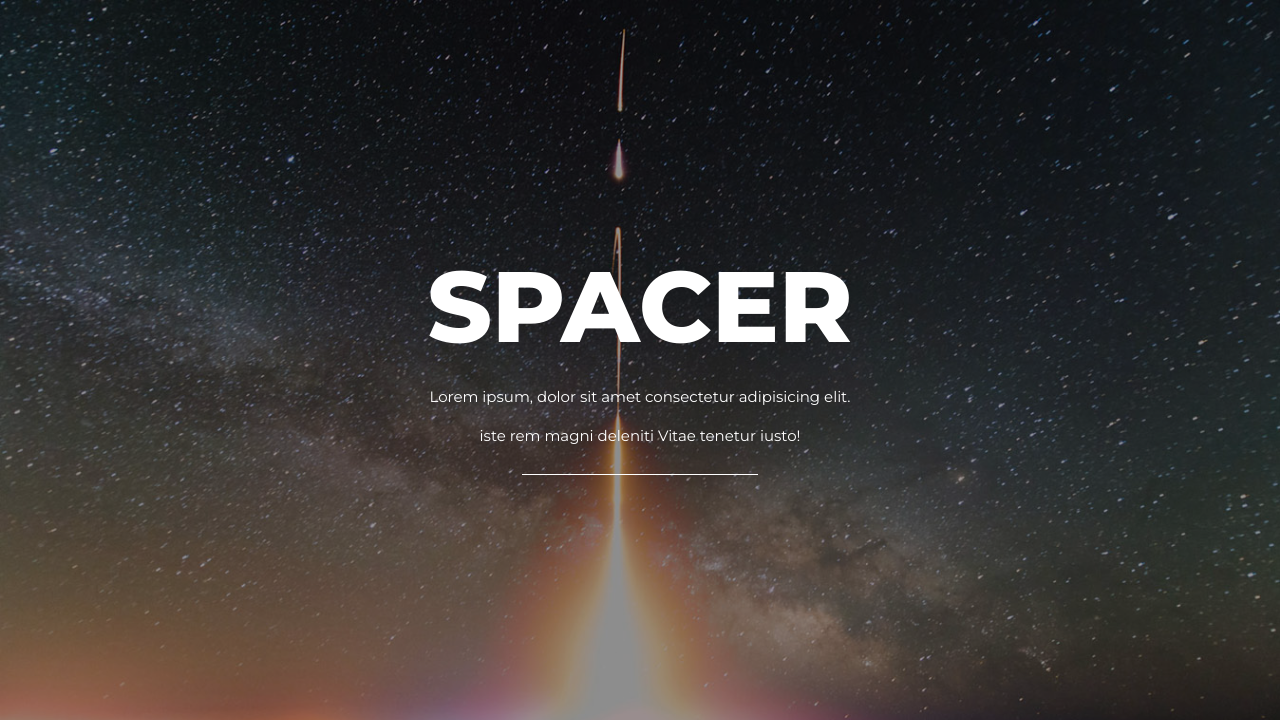
Repository: bwieckowski/spacer-vue-tutorial
Page: /
An editor plug-in stored every save of this project. The page is shown before and after a run of saves, followed by the edit.
The browser window is 1280 px wide. The pictures show the whole page.
The project was rebuilt for these pictures with package versions that can differ from the ones it lists, and the page was loaded fresh each time.

Above is the page before, as saved 2019-01-03 02:16:06.

After the next 2 saves:
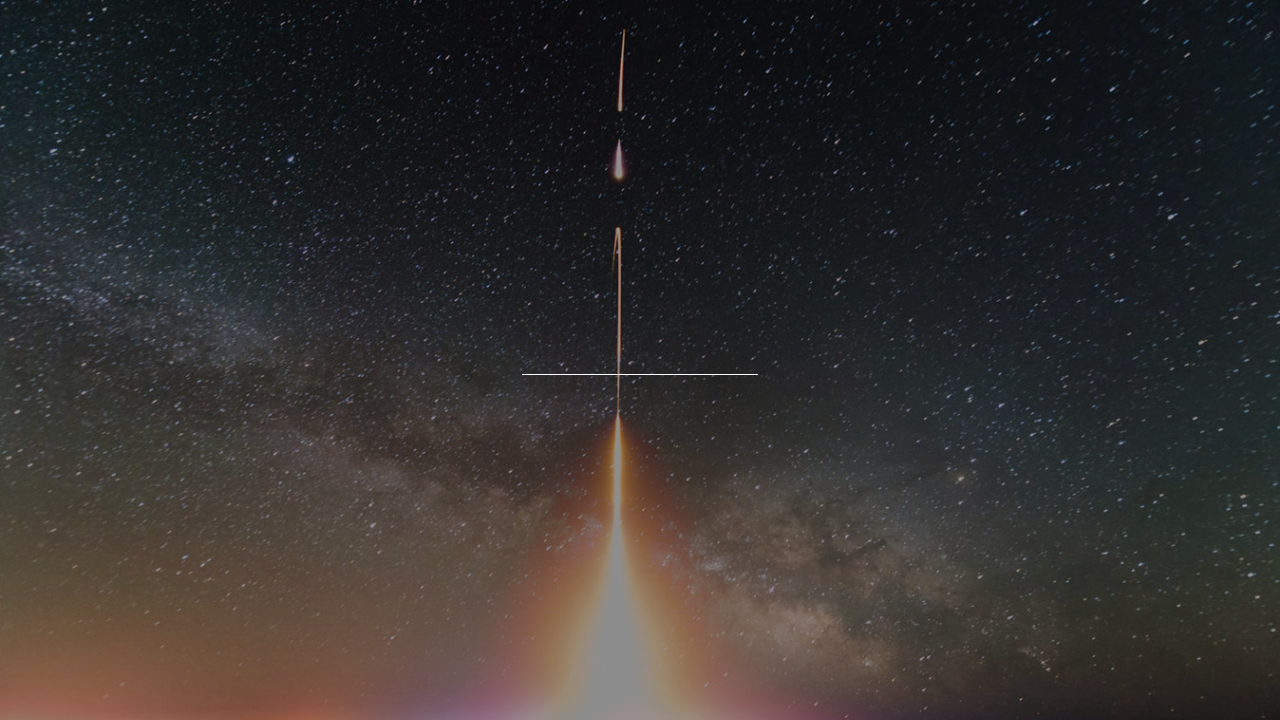
The 2 saves are shown as one change because 1 did not build or start.
The last was saved 23 s later.
--- a/src/App.vue
+++ b/src/App.vue
@@ -1,7 +1,7 @@
 <template>
   <div id="app">
     <div class="wrapper">
-      <Claim />
+      <Claim v-if="step"/>
       <SearchInput  v-model="searchValue" @input="handleInput"/>
       <heroImage />
     </div>

After the save that followed:
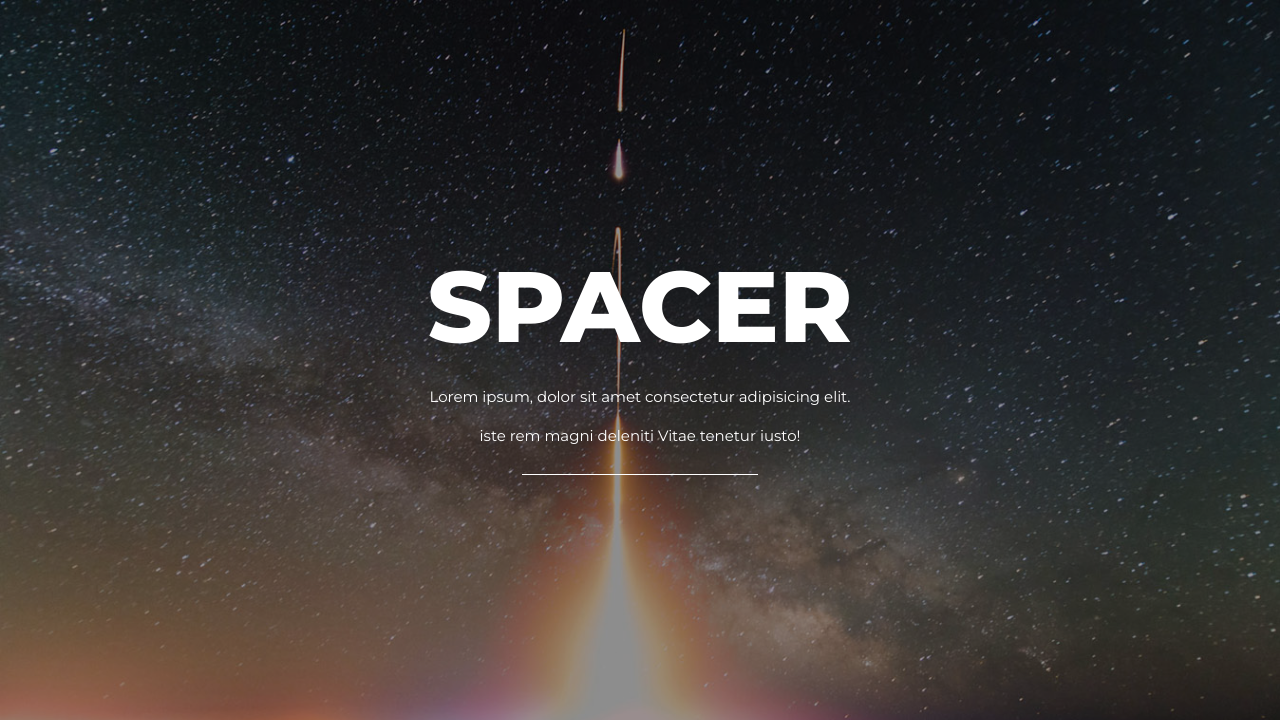
Saved 4 s later.
--- a/src/App.vue
+++ b/src/App.vue
@@ -1,7 +1,7 @@
 <template>
   <div id="app">
     <div class="wrapper">
-      <Claim v-if="step"/>
+      <Claim v-if="step ===0" />
       <SearchInput  v-model="searchValue" @input="handleInput"/>
       <heroImage />
     </div>
